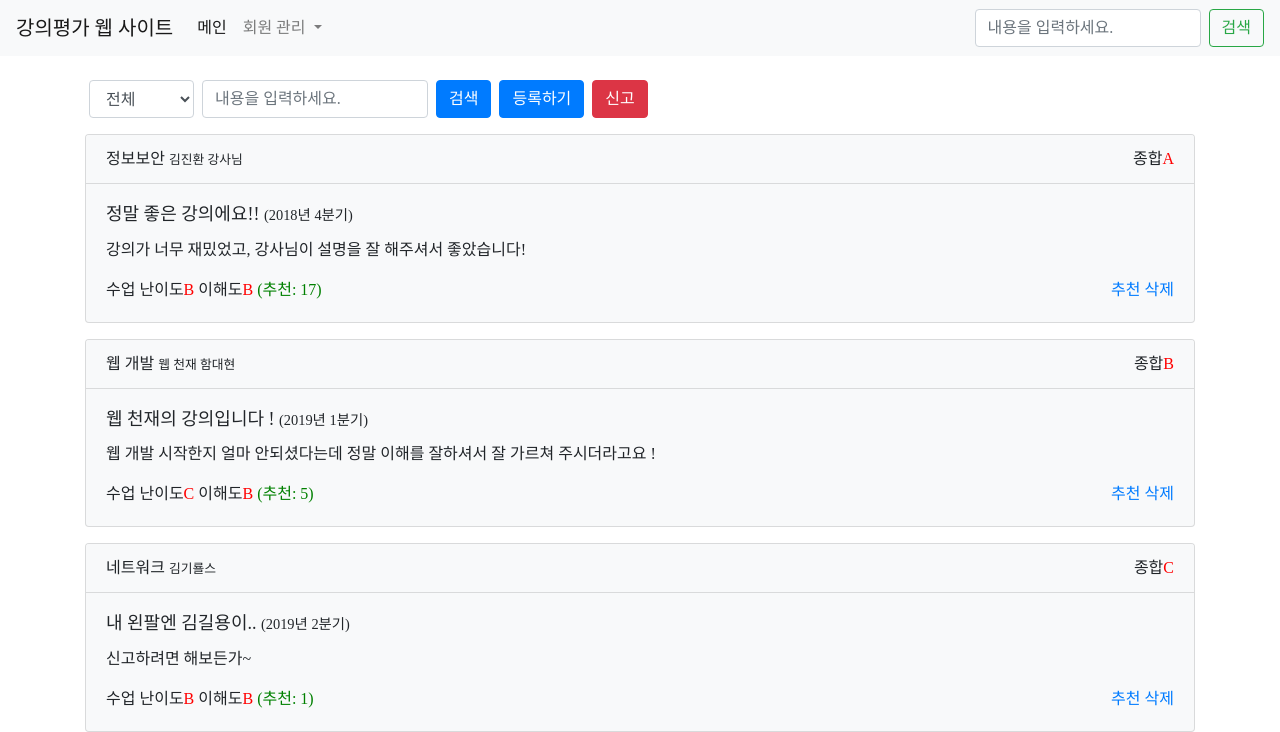
Repository: cldud5221/thdcldud
Page: http://localhost/info/
These files come from the project's save history. The page is drawn as it stood at one moment and after the next save; the edit follows.
The browser window is 1280 px wide. The pictures show the whole page.
Some web fonts or font styles are not loaded; a fallback is used. The page is served by Tomcat 9.

Above is the page before, as saved 2019-07-09 12:19:02.

After the next save:
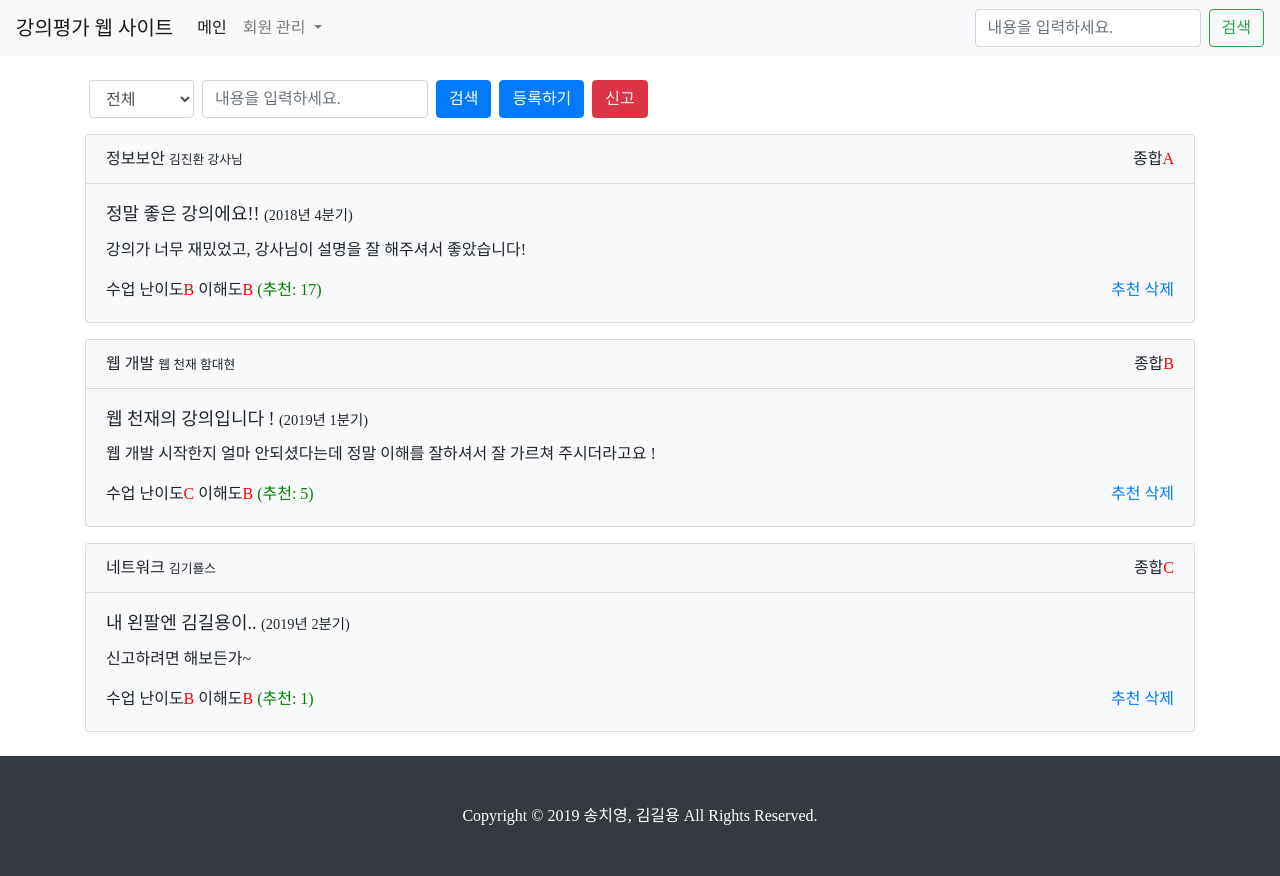
Saved 2 s later.
--- a/info/WebContent/index.jsp
+++ b/info/WebContent/index.jsp
@@ -26,9 +26,9 @@
 						회원 관리
 					</a>
 					<div class="dropdown-menu" aria-labelledby="dropdown">
-						<a class="dropdown-item" href="#">로그인</a>
-						<a class="dropdown-item" href="#">회원가입</a>
-						<a class="dropdown-item" href="#">로그아웃</a>
+						<a class="dropdown-item" href="userLogin.jsp">로그인</a>
+						<a class="dropdown-item" href="userJoing.jsp">회원가입</a>
+						<a class="dropdown-item" href="userLogout.jsp">로그아웃</a>
 					</div>
 				</li>
 			</ul>
@@ -79,8 +79,6 @@
 				</div>
 			</div>
 		</div>
-
-
 				<div class="card bg-light mt-3">
 			<div class="card-header bg-light">
 				<div class="row">
@@ -108,9 +106,6 @@
 				</div>
 			</div>
 		</div>
-
-
-
 				<div class="card bg-light mt-3">
 			<div class="card-header bg-light">
 				<div class="row">
@@ -138,11 +133,6 @@
 				</div>
 			</div>
 		</div>
-
-
-
-
-
 	</section>
 	<div class="modal fade" id="registerModal" tabindex="-1" role="dialog" aria-labelledby="modal" aria-hidden="true">
 		<div class="modal-dialog">
@@ -281,6 +271,9 @@
 			</div>
 		</div>
 	</div>
+	<footer class="bg-dark mt-4 p-5 text-center" style="color: #FFFFFF;">
+			Copyright &copy; 2019 송치영, 김길용 All Rights Reserved.
+	</footer>
 	<!-- 제이쿼리 자바스크립트 추가하기 -->
 	<script src="./js/jquery.min.js"></script>
 	<!-- 파퍼 자바스크립트 추가하기 -->
